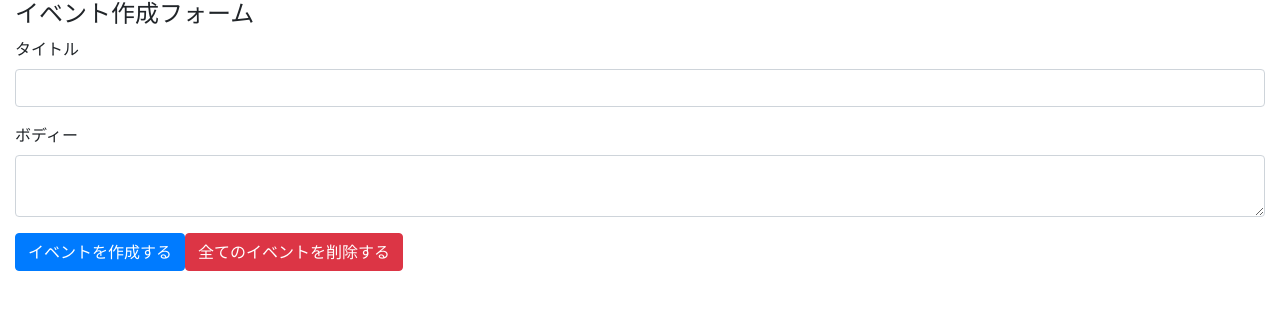
Repository: yujiuehara/my-app
Page: /
An editor plug-in stored every save of this project. The page is shown before and after the next save, followed by the edit.
The browser window is 1280 px wide. The pictures show the whole page.
The project was rebuilt for these pictures with package versions that can differ from the ones it lists, and the page was loaded fresh each time.

Above is the page before, as saved 2020-05-04 02:11:28.

After the next save:
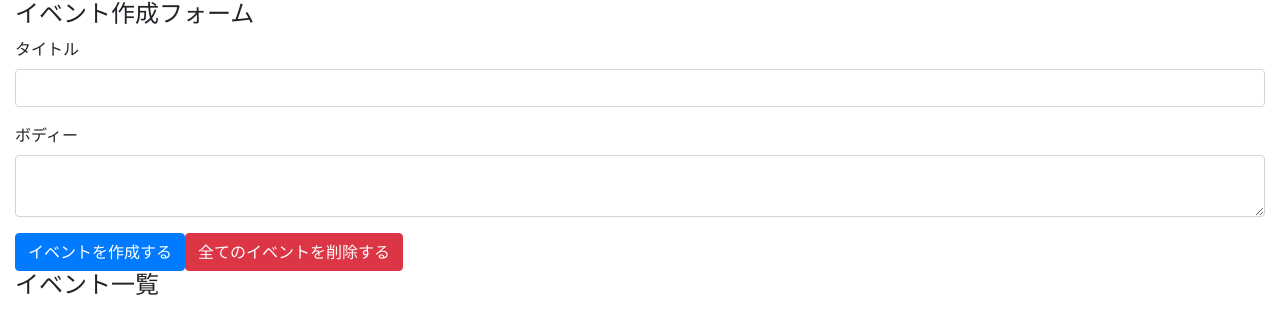
Saved 12 s later.
--- a/src/components/App.js
+++ b/src/components/App.js
@@ -19,6 +19,8 @@ const App = () => {
         <button className="btn btn-primary">イベントを作成する</button>
         <button className="btn btn-danger">全てのイベントを削除する</button>
       </form>
+
+      <h4>イベント一覧</h4>
     </div>
   );
 }
